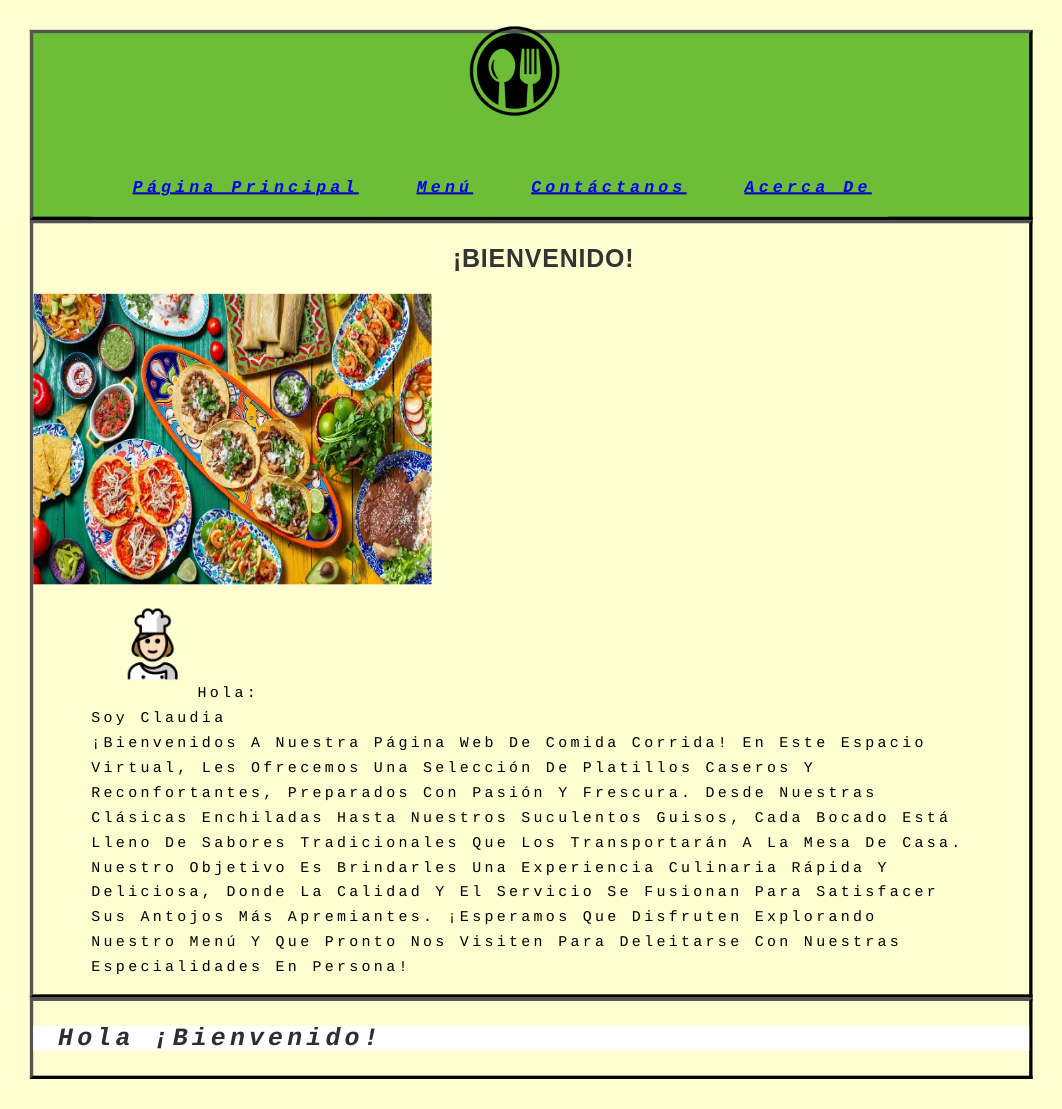
Repository: UVMCoyoacan/eq06_sitio1
Page: index.html
These files come from the project's save history. The page is drawn as it stood at one moment and after the next save; the edit follows.
The browser window is 1280 px wide. The pictures show the whole page, at 83% of full size.

Above is the page before, as saved 2024-04-13 22:40:31.

After the next save:
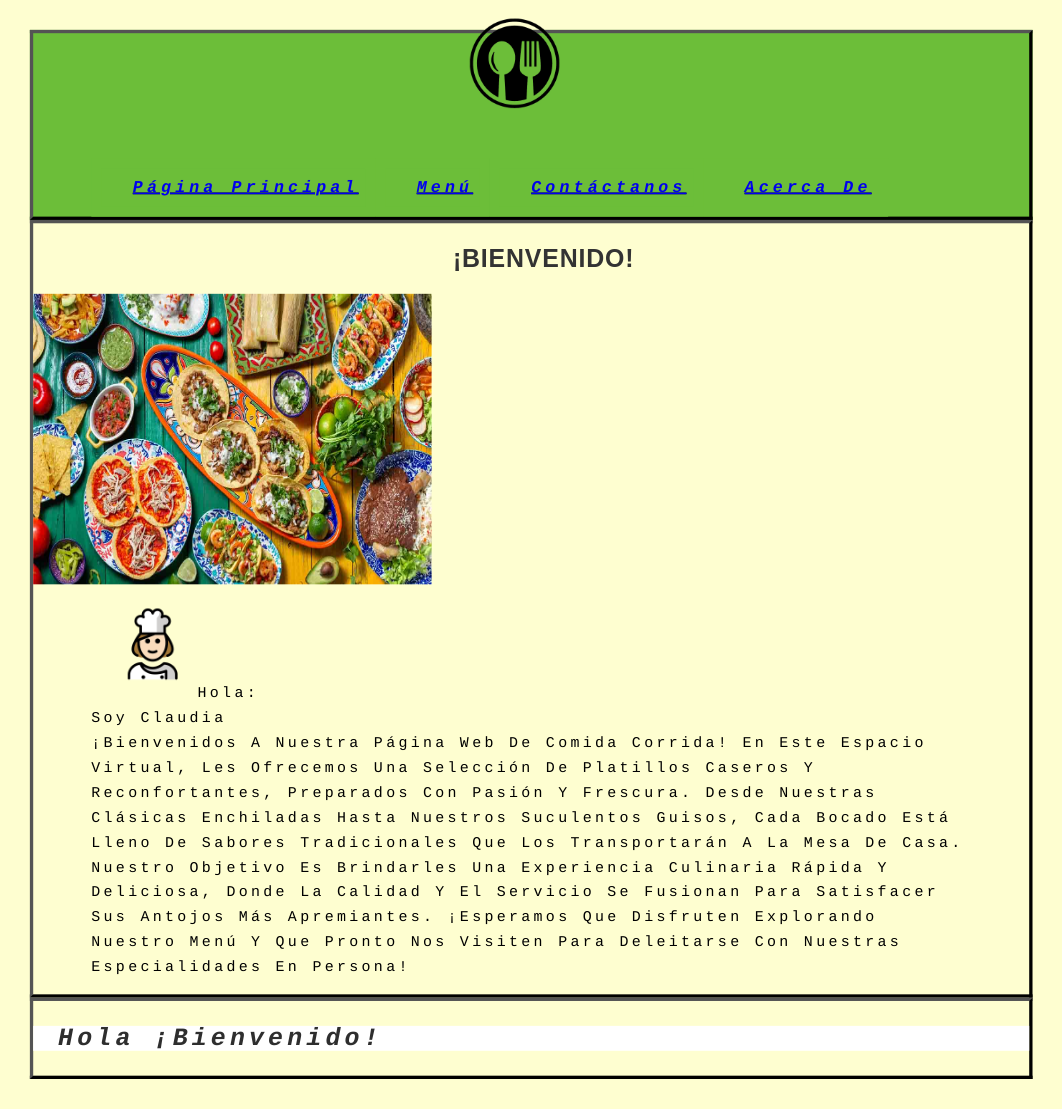
Saved 8 s later.
--- a/Carpeta estilos/estilo1.css
+++ b/Carpeta estilos/estilo1.css
@@ -174,5 +174,5 @@ p{
   }
 
   .bounce {
-    animation: bounce 0.3s infinite;
+    animation: bounce 0.9s infinite;
   }
